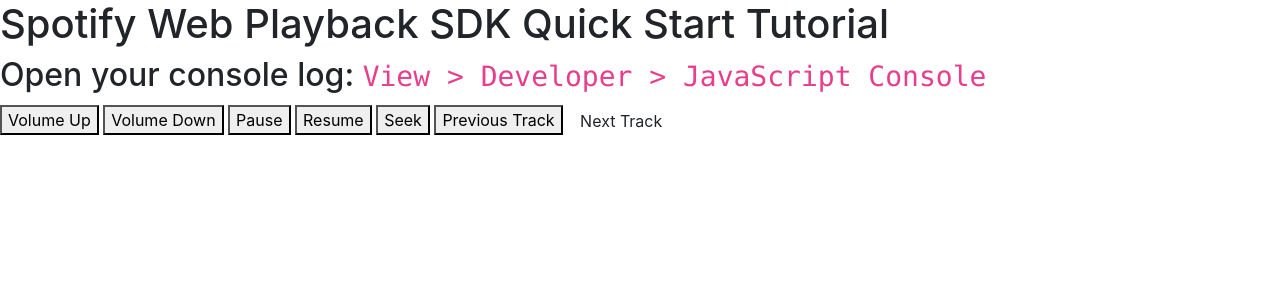
Repository: eunoia3269/leapjs
Page: research-project/spotify-sample.html
An editor plug-in stored every save of this project. The page is shown before and after the next save, followed by the edit.
The browser window is 1280 px wide. The pictures show the whole page.

Above is the page before, as saved 2019-12-28 20:08:43.

After the next save:
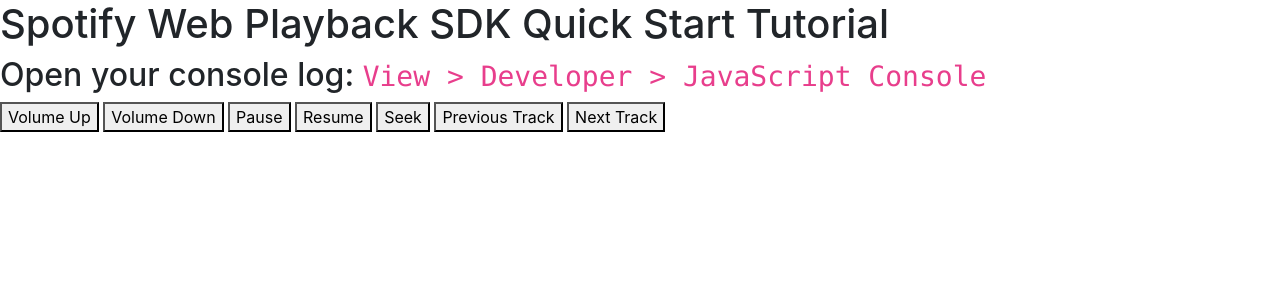
Saved 18 s later.
--- a/research-project/spotify-sample.html
+++ b/research-project/spotify-sample.html
@@ -18,7 +18,7 @@
     <button type="button" id="resume-button">Resume</button>
     <button type="button" id="seek-button">Seek</button>
     <button type="button" id="previous-track-button">Previous Track</button>
-    <button type="button" id="next-track-button" class="btn">Next Track</button>
+    <button type="button" id="next-track-button">Next Track</button>
   </div>
 
   <script src="https://sdk.scdn.co/spotify-player.js"></script>
